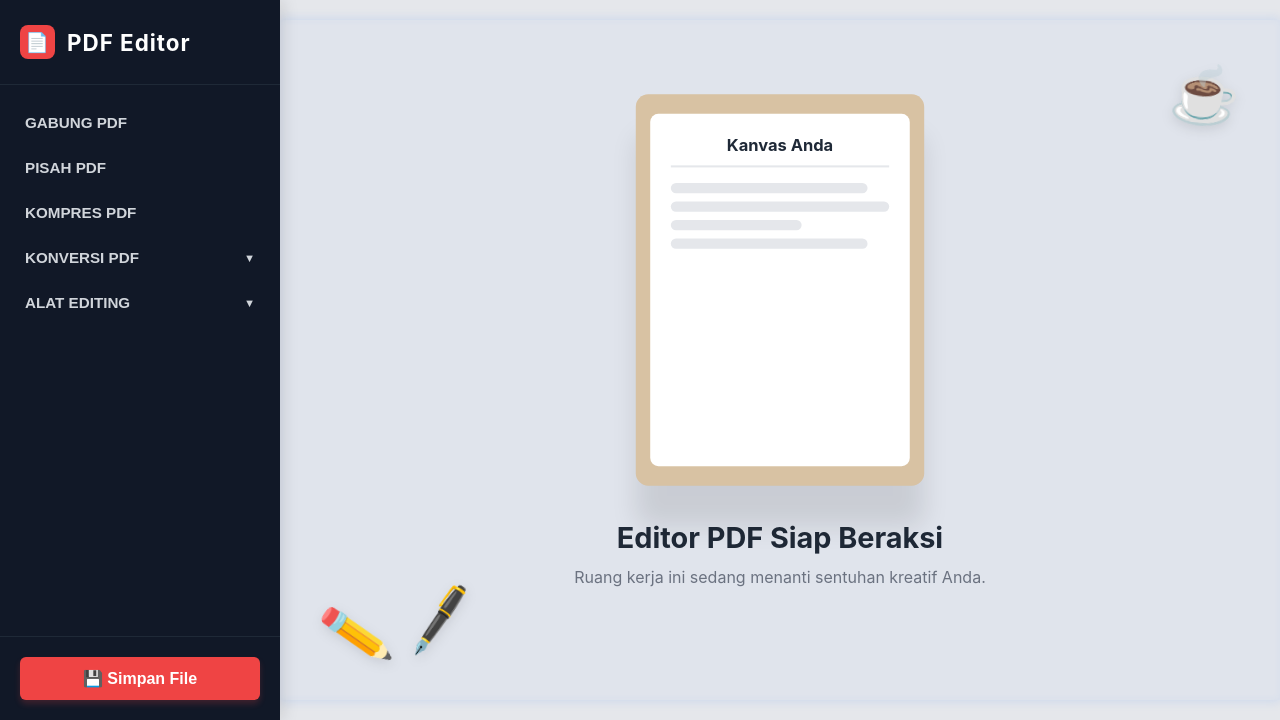
Repository: IkhsanMoekhtar/pdf_editor
Page: /
An editor plug-in stored every save of this project. The page is shown before and after the next save, followed by the edit.
The browser window is 1280 px wide. The pictures show the whole page.
The pointer rests on the first visible `.empty-state.desktop-scene`.
The project was rebuilt for these pictures with package versions that can differ from the ones it lists, and the page was loaded fresh each time. Also part of the build but not shown: vite.config.js.

Above is the page before, as saved 2026-03-18 23:00:44.

### index.html
<!doctype html>
<html lang="en">
  <head>
    <meta charset="UTF-8" />
    <link rel="icon" type="image/svg+xml" href="/favicon.svg" />
    <meta name="viewport" content="width=device-width, initial-scale=1.0" />
    <title>frontend-pdf</title>
  </head>
  <body>
    <div id="root"></div>
    <script type="module" src="/src/main.jsx"></script>
  </body>
</html>

### src/index.css
/* --- CSS RESET GLOBAL --- */

/* Tanda bintang (*) artinya menerapkan aturan ini ke SEMUA elemen di website */
* {
  margin: 0;
  padding: 0;
  box-sizing: border-box; /* Memastikan padding tidak menambah lebar elemen */
}

/* Memaksa elemen dasar website untuk mengambil 100% layar tanpa sisa */
html, body, #root {
  width: 100%;
  height: 100%;
  background-color: #f3f4f6; /* Warna latar belakang aplikasi kita */
}

/* Menghilangkan font default yang kaku */
body {
  font-family: Inter, system-ui, Avenir, Helvetica, Arial, sans-serif;
  -webkit-font-smoothing: antialiased;
}

### src/App.css
/* --- TATA LETAK UTAMA --- */
.app-container {
  display: flex;
  flex-direction: row; /* Kembali menyamping: Kiri Sidebar, Kanan Workspace */
  height: 100vh;
  font-family: Inter, system-ui, Avenir, Helvetica, Arial, sans-serif;
  background-color: #e5e7eb;
}

/* --- SIDEBAR BARU --- */
.main-sidebar {
  width: 280px;
  background-color: #111827; /* Warna gelap yang modern */
  color: #f3f4f6;
  display: flex;
  flex-direction: column;
  flex-shrink: 0;
  box-shadow: 4px 0 15px rgba(0,0,0,0.1);
  z-index: 10;
}

.brand {
  display: flex;
  align-items: center;
  gap: 12px;
  padding: 25px 20px;
  font-size: 1.4rem;
  font-weight: 800;
  letter-spacing: 1px;
  border-bottom: 1px solid #1f2937;
  color: #ffffff;
}

.brand-icon {
  background-color: #ef4444;
  padding: 5px;
  border-radius: 8px;
  font-size: 1.2rem;
}

/* --- NAVIGASI SIDEBAR (ACCORDION) --- */
.sidebar-nav {
  flex: 1;
  overflow-y: auto; /* Bisa di-scroll jika menu terlalu panjang */
  padding: 15px 0;
}

/* Tombol Menu Utama */
.nav-item {
  width: 100%;
  text-align: left;
  background: transparent;
  border: none;
  color: #d1d5db;
  padding: 14px 25px;
  font-size: 0.95rem;
  font-weight: 600;
  cursor: pointer;
  display: flex;
  justify-content: space-between;
  align-items: center;
  transition: all 0.2s;
}

.nav-item:hover {
  background-color: #1f2937;
  color: #ffffff;
}

.arrow {
  font-size: 0.7rem;
  transition: transform 0.3s ease;
}

/* --- LOGIKA ACCORDION (Animasi Buka/Tutup) --- */
.submenu {
  max-height: 0; /* Secara default tertutup */
  overflow: hidden;
  background-color: #0b0f19; /* Latar submenu lebih gelap agar beda */
  transition: max-height 0.4s cubic-bezier(0.4, 0, 0.2, 1);
}

.nav-group.expanded .submenu {
  max-height: 500px; /* Terbuka saat div memiliki class 'expanded' */
}

.nav-group.expanded .arrow {
  transform: rotate(180deg); /* Panah berputar */
}

.nav-group.expanded .nav-item {
  color: #ef4444; /* Judul menu yang aktif berwarna merah */
}

/* Isi Submenu */
.submenu-title {
  font-size: 0.7rem;
  color: #6b7280;
  font-weight: 700;
  padding: 15px 25px 5px 25px;
  letter-spacing: 1px;
}

.submenu-btn {
  width: 100%;
  text-align: left;
  background: transparent;
  border: none;
  color: #9ca3af;
  padding: 10px 25px;
  font-size: 0.85rem;
  display: flex;
  align-items: center;
  cursor: pointer;
  transition: all 0.2s;
}

.submenu-btn:hover {
  color: #ffffff;
  background-color: #1f2937;
}

.submenu-btn.active {
  color: #ffffff;
  background-color: #ef4444;
}

/* -- IKON BERBASIS CSS (Tetap Dipertahankan) -- */
.doc-icon {
  display: inline-flex;
  align-items: center; justify-content: center;
  width: 20px; height: 20px;
  border-radius: 4px; font-size: 10px; font-weight: 800; color: rgb(255, 255, 255);
  margin-right: 12px;
}
.icon-jpg { background-color: #eab308; }
.icon-word { background-color: #3b82f6; }
.icon-ppt { background-color: #f97316; }
.icon-excel { background-color: #22c55e; }
.icon-pdf { background-color: #ef4444; }

/* --- BAGIAN BAWAH SIDEBAR --- */
.sidebar-footer {
  padding: 20px;
  border-top: 1px solid #1f2937;
}

.save-btn {
  width: 100%;
  padding: 12px;
  background-color: #ef4444;
  color: white;
  border: none;
  border-radius: 6px;
  font-weight: bold;
  font-size: 1rem;
  cursor: pointer;
  transition: background-color 0.2s;
  box-shadow: 0 4px 6px rgba(239, 68, 68, 0.2);
}

.save-btn:hover { background-color: #dc2626; }

/* --- AREA KERJA UTAMA --- */
.workspace {
  flex: 1;
  display: flex;
  position: relative;
  overflow: hidden;
}

.viewer-container {
  width: 100%;
  height: 100%;
  background-color: #f9fafb;
  display: flex;
  justify-content: center;
  align-items: center;
}

/* --- DESAIN AREA KOSONG (KLIK UNTUK UPLOAD) --- */
.empty-state.desktop-scene {
  display: flex;
  flex-direction: column;
  align-items: center;
  justify-content: center;
  height: 100%;
  width: 100%;
  background-color: #f9fafb;
  position: relative;
  padding: 40px;
  overflow: hidden;
  cursor: pointer; /* Mengubah kursor menjadi tangan (menandakan bisa diklik) */
  transition: background-color 0.3s ease;
}

/* Sedikit penggelapan latar belakang saat area disorot mouse */
.empty-state.desktop-scene:hover {
  /* Menjalankan animasi 'pulse-border' selama 2 detik, berulang terus menerus (infinite) */
  animation: pulse-border 2s infinite ease-in-out;

  /* Sedikit mencerahkan latar belakang agar efek glow lebih terlihat */
  background-color: rgba(59, 130, 246, 0.03);
}

.clipboard {
  width: 280px; height: 380px;
  background-color: #d8c2a3;
  border-radius: 12px;
  box-shadow: 0 40px 25px rgba(0,0,0,0.1);
  transform: rotate(-7deg);
  position: relative;
  display: flex; align-items: center; justify-content: center;
  margin-bottom: 40px;
  transition: transform 0.3s ease;
}

.empty-state.desktop-scene:hover .clipboard {
  transform: rotate(0deg) scale(1.03);
}

.clipboard-paper {
  width: 90%; height: 90%; background-color: #ffffff;
  border-radius: 8px; padding: 20px;
  display: flex; flex-direction: column; gap: 15px;
}

.clipboard-header {
  font-weight: bold; color: #1f2937;
  border-bottom: 2px solid #e5e7eb; padding-bottom: 10px; text-align: center;
}

.clipboard-content { flex: 1; display: flex; flex-direction: column; gap: 8px; }
.empty-line { height: 10px; background-color: #e5e7eb; border-radius: 5px; }
.empty-line.large { width: 90%; }
.empty-line.medium { width: 60%; }

.desk-item { position: absolute; font-size: 3.5rem; filter: drop-shadow(0 4px 6px rgba(0,0,0,0.1)); }
.coffee-cup { top: 40px; right: 40px; transform: rotate(5deg); }
.pens { bottom: 40px; left: 40px; display: flex; gap: 10px; transform: rotate(-10deg); }

.message-container { text-align: center; max-width: 500px; margin-bottom: 30px; }
.message-container h3 { font-size: 1.8rem; color: #1f2937; font-weight: 700; margin-bottom: 10px; }
.message-container p { color: #6b7280; line-height: 1.6; }

.start-hint-pil {
  display: flex; align-items: center; gap: 12px;
  background-color: #1f2937; color: #ffffff;
  padding: 12px 24px; border-radius: 999px;
  font-weight: bold; box-shadow: 0 6px 15px rgba(0,0,0,0.2);
  transition: all 0.2s;
}

.empty-state.desktop-scene:hover .start-hint-pil {
  background-color: #3b82f6; /* Berubah menjadi biru saat disorot */
  transform: translateY(-2px);
}

/* Animasi Ikon Mouse bergerak naik turun */
.bouncy-arrow {
  display: inline-block;
  font-size: 1.3rem;
  animation: bounce-vertical-hint 1.5s infinite;
}

@keyframes bounce-vertical-hint {
  0%, 100% { transform: translateY(0); }
  50% { transform: translateY(-5px); }
}

@keyframes pulse-border {
  0% {
    border-color: #9ca3af;
    box-shadow: 0 0 0 0 rgba(59, 130, 246, 0);
  }
  50% {
    /* Di titik tengah, border menjadi biru menyala dan memancarkan cahaya (glow) */
    border-color: #3b82f6;
    box-shadow: 0 0 20px 2px rgba(59, 130, 246, 0.3), inset 0 0 15px rgba(59, 130, 246, 0.1);
  }
  100% {
    border-color: #9ca3af;
    box-shadow: 0 0 0 0 rgba(59, 130, 246, 0);
  }
}

/* --- GAYA UNTUK ACTION BAR & TOMBOL --- */
.action-btn {
  padding: 8px 12px;
  background-color: white;
  color: #374151;
  border: 1px solid #e5e7eb;
  border-radius: 6px;
  font-size: 13px;
  font-weight: 700;
  cursor: pointer;
  transition: all 0.2s;
  display: flex; align-items: center; justify-content: center;
}

.action-btn:hover {
  background-color: #f3f4f6;
  border-color: #d1d5db;
}

.action-btn.active {
  background-color: #ef4444; /* Merah seperti logo Anda */
  color: white;
  border-color: #dc2626;
}

.pdf-paper .react-pdf__Page,
.pdf-paper .react-pdf__Page canvas {
  width: 100% !important;
  height: auto !important;
  max-width: none !important;
}

Loaded but not shown: src/main.jsx (common file); src/App.jsx (372 lines, source omitted)

After the next save:
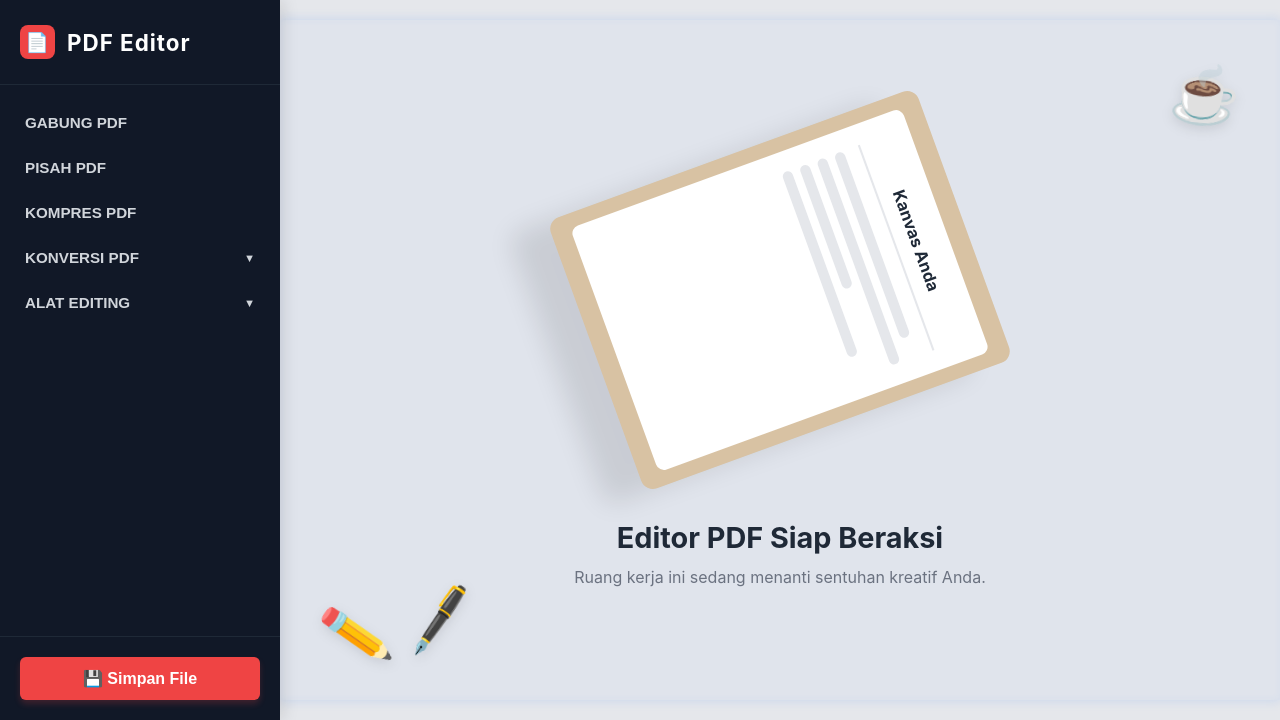
Saved 12 s later.
--- a/src/App.css
+++ b/src/App.css
@@ -216,7 +216,7 @@
 }
 
 .empty-state.desktop-scene:hover .clipboard {
-  transform: rotate(0deg) scale(1.03);
+  transform: rotate(70deg) scale(1.03);
 }
 
 .clipboard-paper {

After the save that followed:
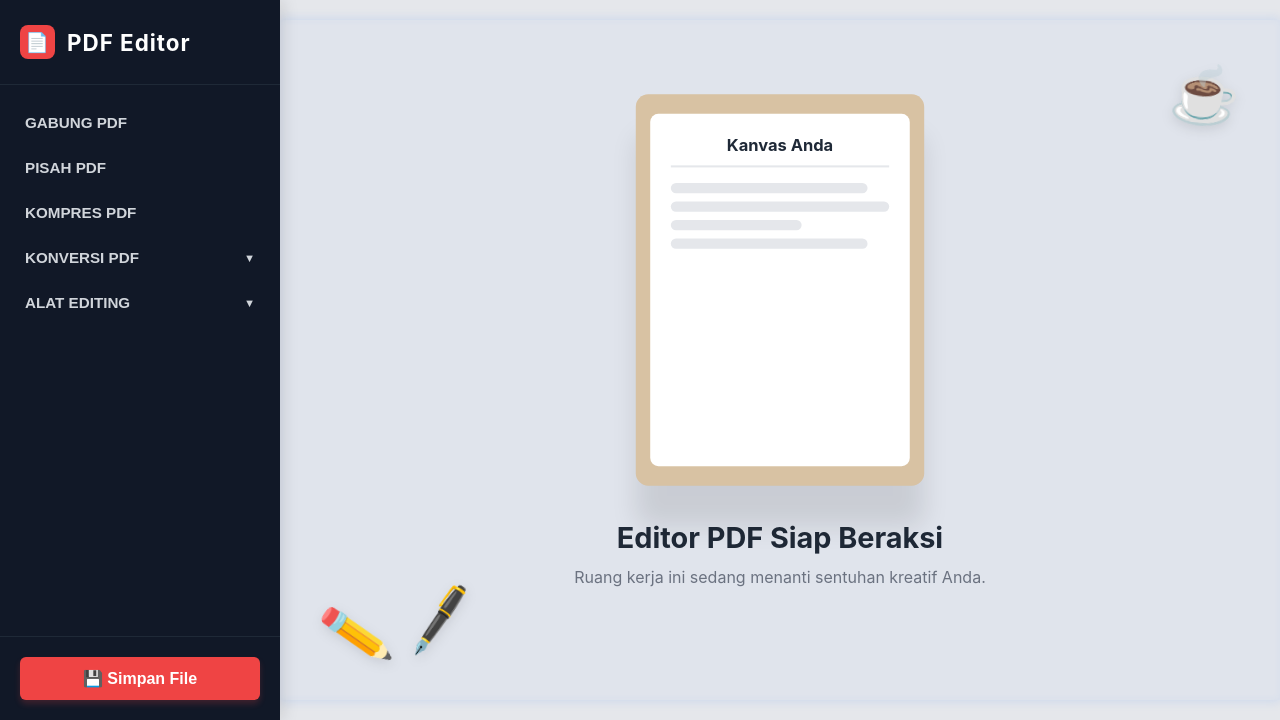
Saved 11 s later.
--- a/src/App.css
+++ b/src/App.css
@@ -216,7 +216,7 @@
 }
 
 .empty-state.desktop-scene:hover .clipboard {
-  transform: rotate(70deg) scale(1.03);
+  transform: rotate(0deg) scale(1.03);
 }
 
 .clipboard-paper {
